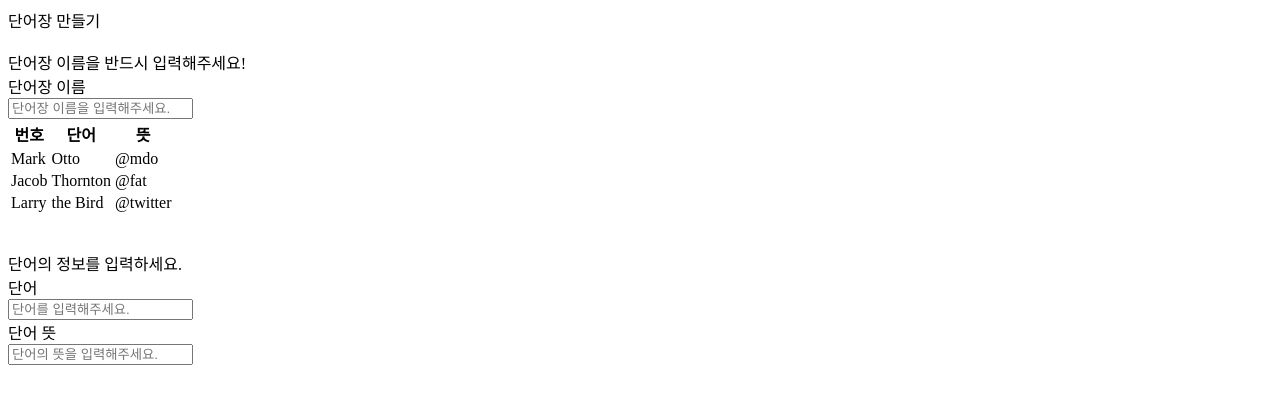
Repository: Pastelkun99/remembrance
Page: http://localhost/ProjectRemembrance/WEB-INF/views/menu_pages/11_makeWordCard.jsp
These files come from the project's save history. The page is drawn as it stood at one moment and after a run of saves; the edit follows.
The browser window is 1280 px wide. The pictures show the whole page.
The page is served by Tomcat 9. Nobody is signed in. The template is opened directly, without the code that normally fills it, so the values that code supplies are empty.

Above is the page before, as saved 2019-08-27 13:29:57.

After the next 2 saves:
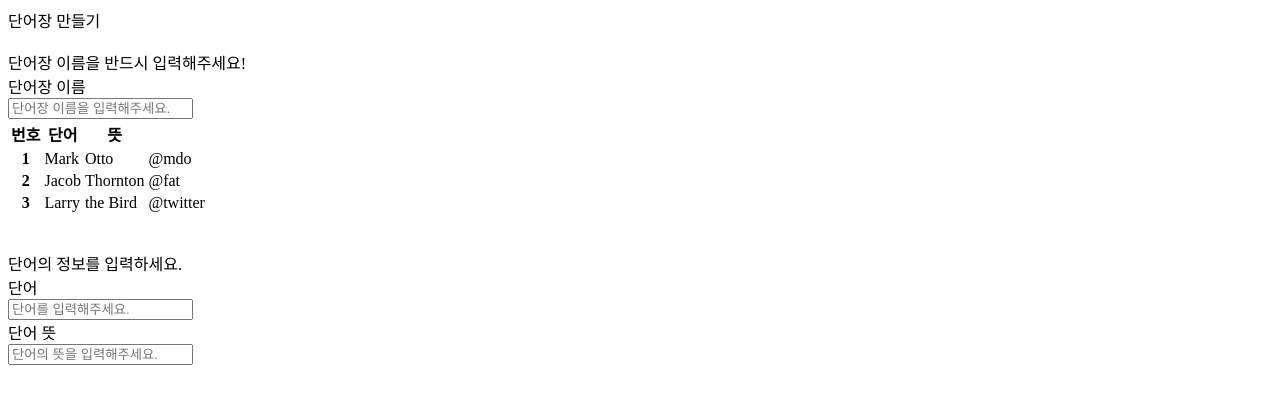
The 2 saves are shown as one change because they came seconds apart.
The last was saved 11 s later.
--- a/ProjectRemembrance/src/main/webapp/WEB-INF/views/menu_pages/11_makeWordCard.jsp
+++ b/ProjectRemembrance/src/main/webapp/WEB-INF/views/menu_pages/11_makeWordCard.jsp
@@ -23,16 +23,19 @@
 		</thead>
 		<tbody>
 			<tr>
+				<th scope="row">1</th>
 				<td>Mark</td>
 				<td>Otto</td>
 				<td>@mdo</td>
 			</tr>
 			<tr>
+				<th scope="row">2</th>
 				<td>Jacob</td>
 				<td>Thornton</td>
 				<td>@fat</td>
 			</tr>
 			<tr>
+				<th scope="row">3</th>
 				<td>Larry</td>
 				<td>the Bird</td>
 				<td>@twitter</td>
